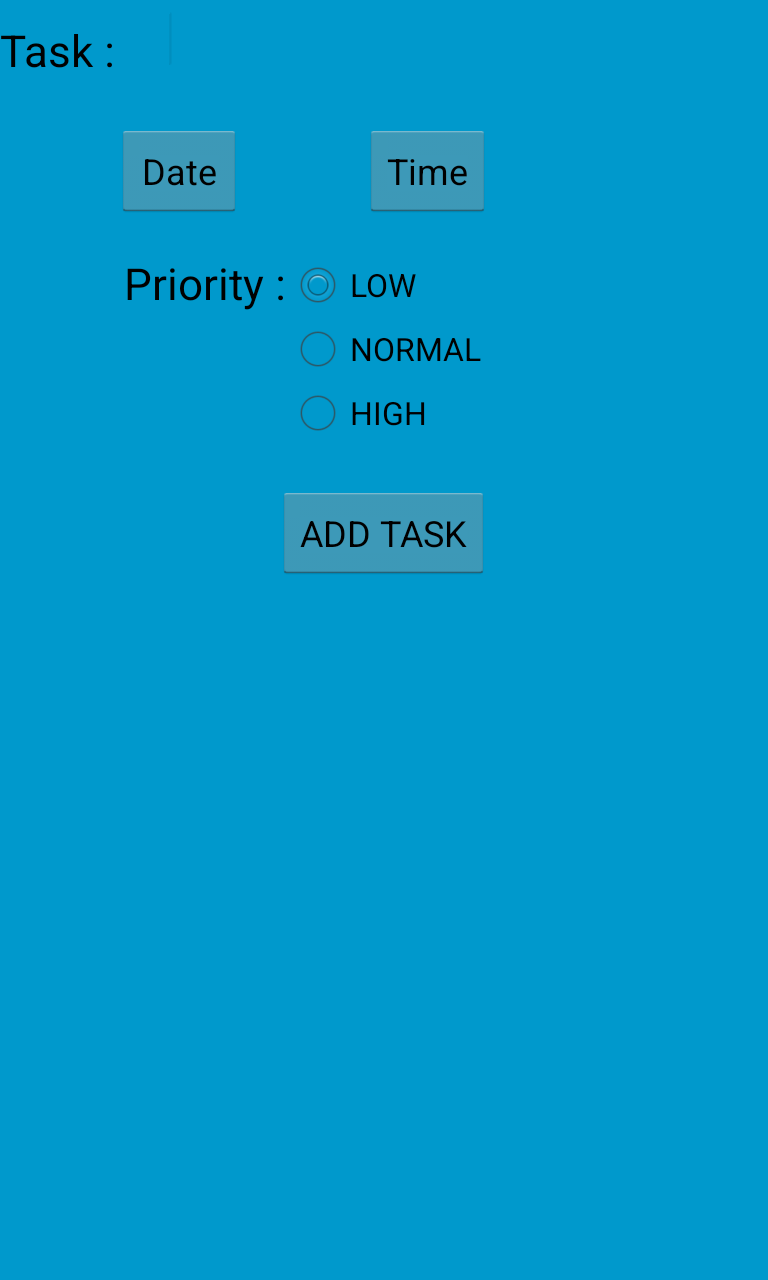
Repository: satyadarls/ToDo
Layout: ToDo/res/layout/customdialog_layout.xml
The author's editor kept a copy of each file at every save. The layout is drawn from the files as they stood at one save, then again after the next save.
It is drawn on a 768 x 1280 px phone screen (xhdpi) without system bars, with theme AppTheme; the app's code is not run.

Above is the layout before, as saved 2014-07-03 14:32:32.

### ToDo/res/layout/customdialog_layout.xml
<?xml version="1.0" encoding="utf-8"?>
<RelativeLayout xmlns:android="http://schemas.android.com/apk/res/android"
    xmlns:android1="http://schemas.android.com/apk/res/android"
    android:layout_width="match_parent"
    android:layout_height="match_parent"
    android:background="#0099CC" >

    <TextView
        android:id="@+id/textView1"
        android:layout_width="wrap_content"
        android:layout_height="wrap_content"
        android:layout_alignBottom="@+id/dialogTaskText"
        android:layout_alignParentLeft="true"
        android:text="Task :"
        android:textAppearance="?android:attr/textAppearanceLarge" />

    <Button
        android:id="@+id/timebutton"
        android:layout_width="wrap_content"
        android:layout_height="wrap_content"
        android:layout_alignBaseline="@+id/datebutton"
        android:layout_alignBottom="@+id/datebutton"
        android:layout_marginLeft="60dp"
        android:layout_toRightOf="@+id/datebutton"
        android:text="Time" />

    <Button
        android:id="@+id/datebutton"
        android:layout_width="wrap_content"
        android:layout_height="wrap_content"
        android:layout_below="@+id/dialogTaskText"
        android:layout_marginTop="22dp"
        android:layout_toRightOf="@+id/textView1"
        android:text="Date" />

    <EditText
        android:id="@+id/dialogTaskText"
        android:layout_width="wrap_content"
        android:layout_height="wrap_content"
        android:layout_alignLeft="@+id/datebutton"
        android:layout_alignParentTop="true"
        android:layout_marginLeft="15dp"
        android:ems="10" >

        <requestFocus />
    </EditText>

    <Button
        android1:id="@+id/dialogButton"
        android1:layout_width="wrap_content"
        android1:layout_height="wrap_content"
        android1:layout_below="@+id/timebutton"
        android1:layout_centerHorizontal="true"
        android1:layout_marginTop="133dp"
        android1:text="ADD TASK" />

    <RadioGroup
        android1:id="@+id/radioGroup1"
        android1:layout_width="wrap_content"
        android1:layout_height="wrap_content"
        android1:layout_below="@+id/timebutton"
        android1:layout_centerHorizontal="true"
        android1:layout_marginTop="17dp" >

        <RadioButton
            android1:id="@+id/radio0"
            android1:layout_width="wrap_content"
            android1:layout_height="wrap_content"
            android1:checked="true"
            android1:text="LOW" />

        <RadioButton
            android1:id="@+id/radio1"
            android1:layout_width="wrap_content"
            android1:layout_height="wrap_content"
            android1:text="NORMAL" />

        <RadioButton
            android1:id="@+id/radio2"
            android1:layout_width="wrap_content"
            android1:layout_height="wrap_content"
            android1:text="HIGH" />
    </RadioGroup>

    <TextView
        android1:id="@+id/textView2"
        android1:layout_width="wrap_content"
        android1:layout_height="wrap_content"
        android1:layout_alignTop="@+id/radioGroup1"
        android1:layout_toLeftOf="@+id/radioGroup1"
        android1:text="Priority :"
        android1:textAppearance="?android:attr/textAppearanceLarge" />

</RelativeLayout>

Loaded but not shown: ToDo/res/values/styles.xml (common file); ToDo/res/values-v11/styles.xml (common file); ToDo/res/values-v14/styles.xml (common file)

After the next save:
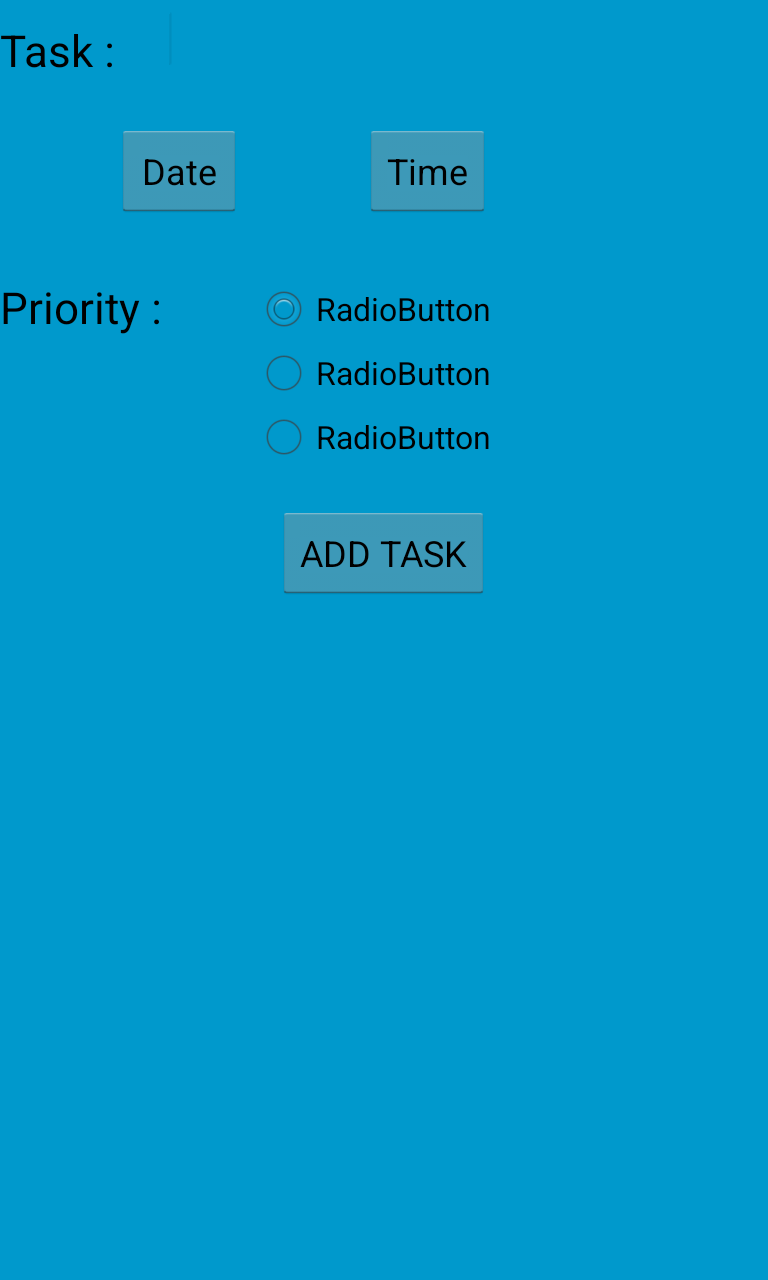
Saved 9 min 43 s later.
--- a/ToDo/res/layout/customdialog_layout.xml
+++ b/ToDo/res/layout/customdialog_layout.xml
@@ -45,49 +45,49 @@
         <requestFocus />
     </EditText>
 
-    <Button
-        android1:id="@+id/dialogButton"
-        android1:layout_width="wrap_content"
-        android1:layout_height="wrap_content"
-        android1:layout_below="@+id/timebutton"
-        android1:layout_centerHorizontal="true"
-        android1:layout_marginTop="133dp"
-        android1:text="ADD TASK" />
-
     <RadioGroup
         android1:id="@+id/radioGroup1"
         android1:layout_width="wrap_content"
         android1:layout_height="wrap_content"
+        android1:layout_alignRight="@+id/dialogButton"
         android1:layout_below="@+id/timebutton"
-        android1:layout_centerHorizontal="true"
-        android1:layout_marginTop="17dp" >
+        android1:layout_marginTop="29dp" >
 
         <RadioButton
             android1:id="@+id/radio0"
             android1:layout_width="wrap_content"
             android1:layout_height="wrap_content"
             android1:checked="true"
-            android1:text="LOW" />
+            android1:text="RadioButton" />
 
         <RadioButton
             android1:id="@+id/radio1"
             android1:layout_width="wrap_content"
             android1:layout_height="wrap_content"
-            android1:text="NORMAL" />
+            android1:text="RadioButton" />
 
         <RadioButton
             android1:id="@+id/radio2"
             android1:layout_width="wrap_content"
             android1:layout_height="wrap_content"
-            android1:text="HIGH" />
+            android1:text="RadioButton" />
     </RadioGroup>
+
+    <Button
+        android1:id="@+id/dialogButton"
+        android1:layout_width="wrap_content"
+        android1:layout_height="wrap_content"
+        android1:layout_below="@+id/radioGroup1"
+        android1:layout_centerHorizontal="true"
+        android1:layout_marginTop="18dp"
+        android1:text="ADD TASK" />
 
     <TextView
         android1:id="@+id/textView2"
         android1:layout_width="wrap_content"
         android1:layout_height="wrap_content"
+        android1:layout_alignParentLeft="true"
         android1:layout_alignTop="@+id/radioGroup1"
-        android1:layout_toLeftOf="@+id/radioGroup1"
         android1:text="Priority :"
         android1:textAppearance="?android:attr/textAppearanceLarge" />
 
